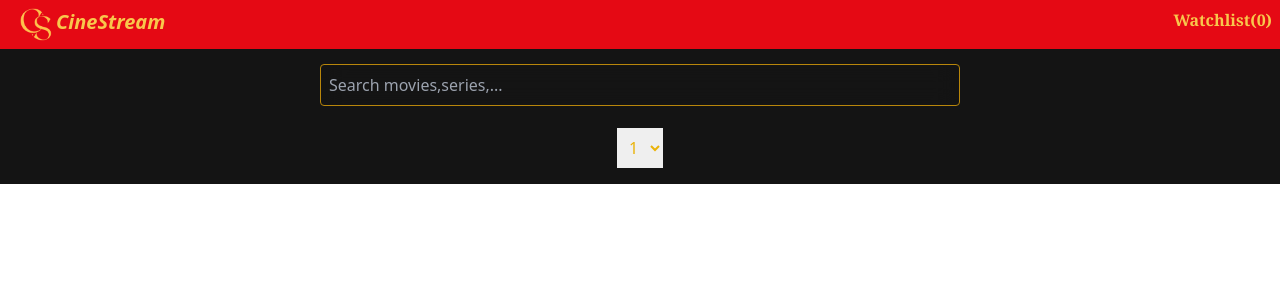
Repository: Reshmashameem31/Cine-Stream
Page: /watchlist (app in movie-project/)
An editor plug-in stored every save of this project. The page is shown before and after the next save, followed by the edit.
The browser window is 1280 px wide. The pictures show the whole page.
The project was rebuilt for these pictures with package versions that can differ from the ones it lists, and the page was loaded fresh each time. Also part of the build but not shown: movie-project/vite.config.js, movie-project/src/Components/Moviecard.jsx, movie-project/src/pages/Home.jsx.

Above is the page before, as saved 2025-08-16 13:17:58.

After the next save:
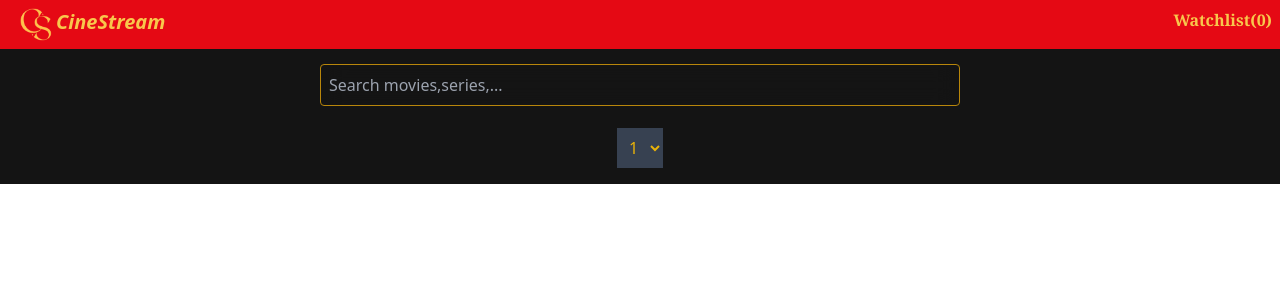
Saved 4 s later.
--- a/movie-project/src/Components/GenreFilter.jsx
+++ b/movie-project/src/Components/GenreFilter.jsx
@@ -2,7 +2,7 @@ import React from 'react'
 
 const GenreFilter = () => {
   return (
-    <select className='p-2 bg-gray-'>
+    <select className='p-2 bg-gray-700'>
         <option value=''>1</option>
         <option value=''>2</option>
         <option value=''>3</option>
